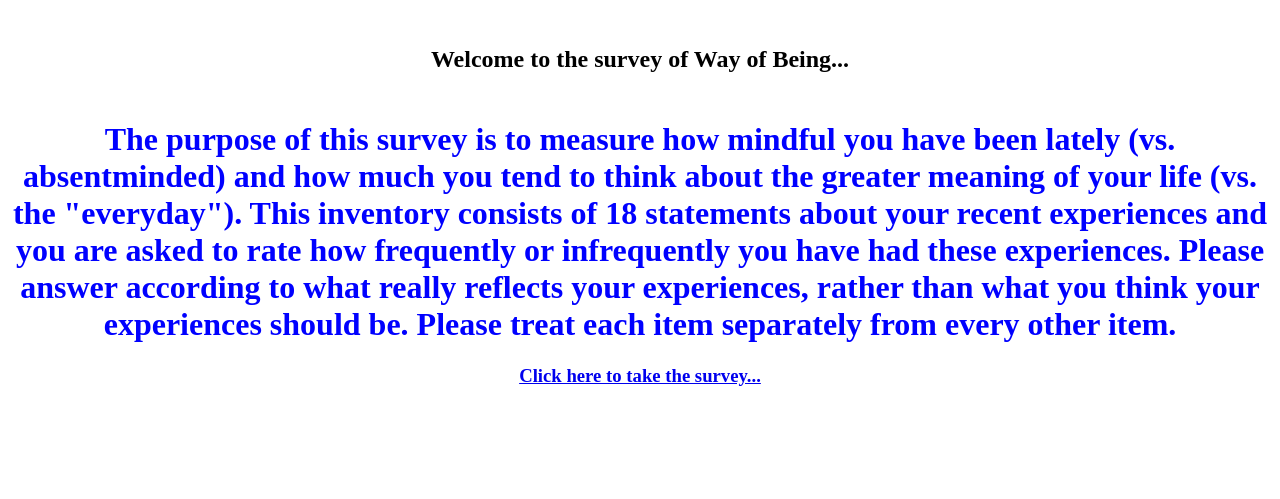
Repository: onlinechetan/WayOfBeing
Page: http://localhost/wayofbeing/
These files come from the project's save history. The page is drawn as it stood at one moment and after the next save; the edit follows.
The browser window is 1280 px wide. The pictures show the whole page.
The page is served by Tomcat 9. Other server files are loaded and not shown.

Above is the page before, as saved 2015-11-07 21:42:52.

### wayofbeing/WebContent/index.jsp
<html>
<head>
<title>Way of Being!!! </title>
<style>
h1 {
    display: block;
    font-size: 2em;
    margin-top: 0.67em;
    margin-bottom: 0.67em;
    margin-left: 0;
    margin-right: 0;
    color:blue;
    font-weight: bold;
}
</style>
</head>
<body>
	<br>
	<div style="text-align:center">
		<h2 >
			Welcome to the survey of Way of Being...<br> <br>
		</h2>
		<h1>
		The purpose of this survey is to measure how mindful you have been lately (vs. absentminded) and how much you tend to think about the greater meaning of your life (vs. the "everyday"). This inventory consists of 18 statements about your recent experiences and you are asked to rate how frequently or infrequently you have had these experiences. Please answer according to what really reflects your experiences, rather than what you think your experiences should be. Please treat each item separately from every other item.
		</h1>
		<h3>
			<a href="welcome.jsp">Click here to take the survey... </a>
		</h3>
	</div>
</body>
</html>

After the next save:
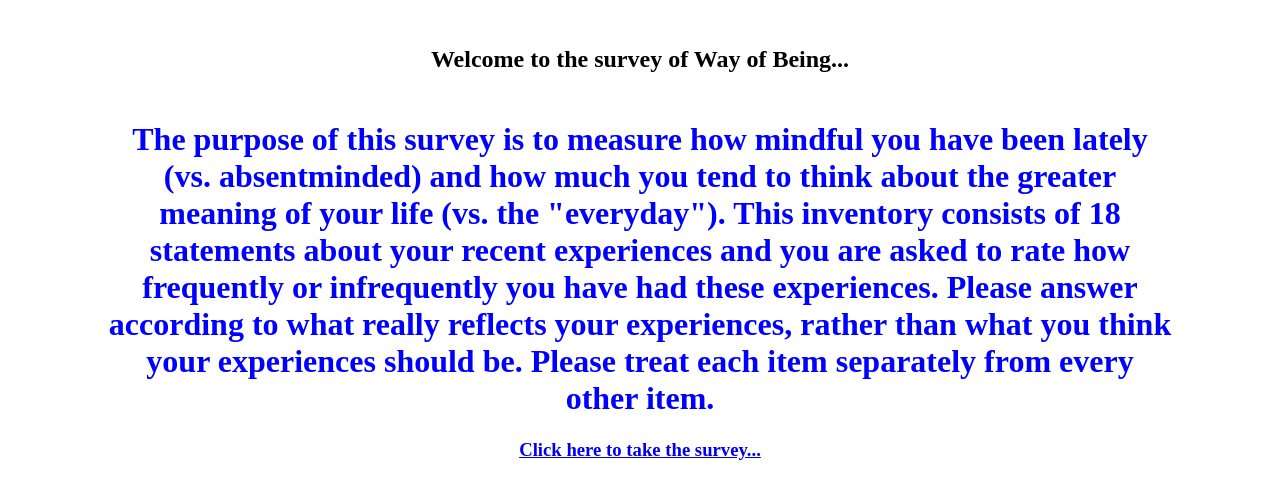
Saved 25 s later.
--- a/wayofbeing/WebContent/index.jsp
+++ b/wayofbeing/WebContent/index.jsp
@@ -7,8 +7,8 @@ h1 {
     font-size: 2em;
     margin-top: 0.67em;
     margin-bottom: 0.67em;
-    margin-left: 0;
-    margin-right: 0;
+    margin-left: 100;
+    margin-right: 100;
     color:blue;
     font-weight: bold;
 }
